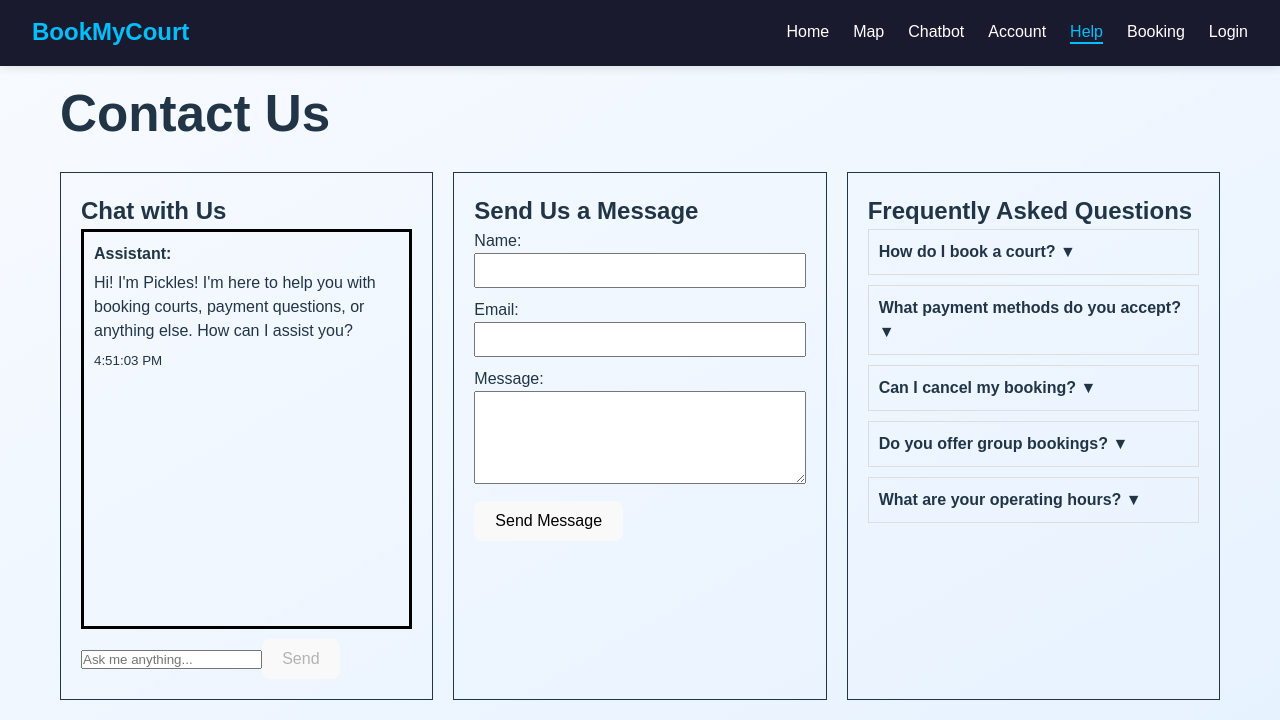
Repository: beyondparthiv/webdev-finalproject-bookmycourt
Page: /help (app in client/)
An editor plug-in stored every save of this project. The page is shown before and after the next save, followed by the edit.
The browser window is 1280 px wide. The pictures show the whole page.
The page's requests for data from a server got no answer. The project was rebuilt for these pictures with package versions that can differ from the ones it lists, and the page was loaded fresh each time. No one was signed in, and anything a server would have sent is missing. Also part of the build but not shown: client/vite.config.ts, client/src/pages/Home.tsx, client/src/pages/Booking.css, client/src/pages/Booking.tsx, client/src/pages/Account.tsx, client/src/pages/Login.tsx, client/src/pages/Map.tsx.

Above is the page before, as saved 2025-12-01 16:32:31.

After the next save:
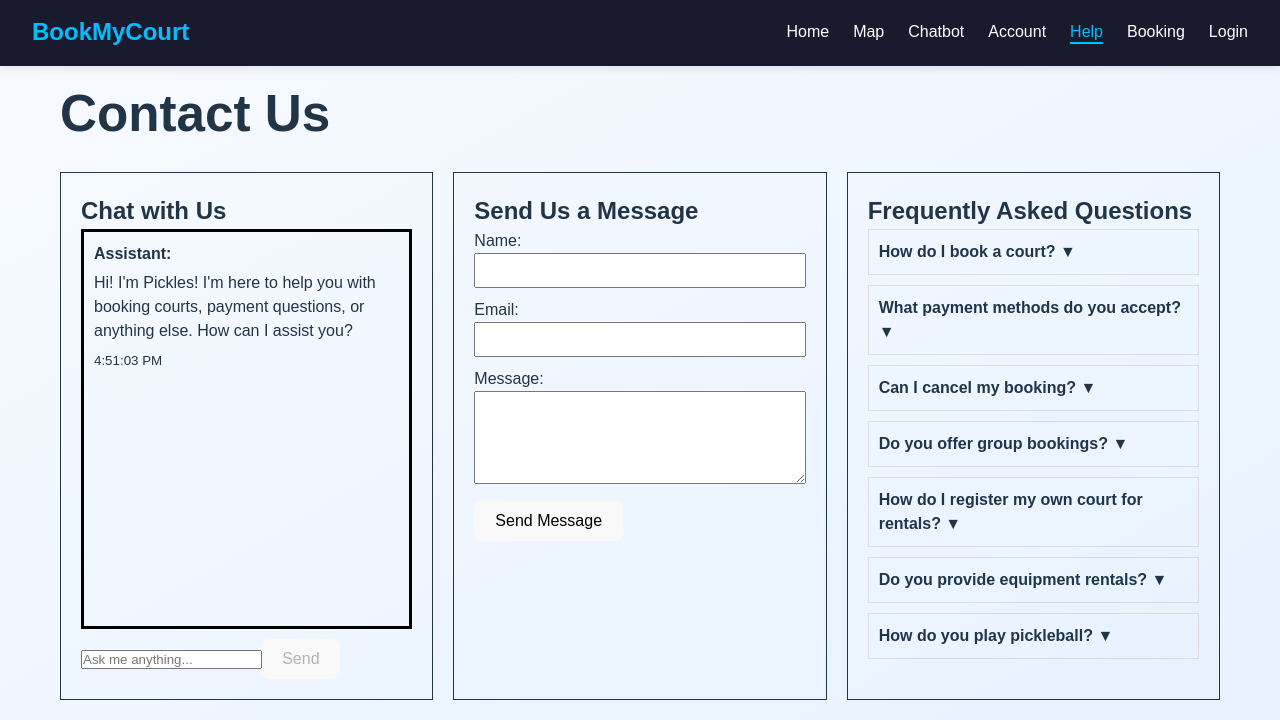
Saved 2 min 56 s later.
--- a/client/src/pages/Chatbot+Contact/FAQ.tsx
+++ b/client/src/pages/Chatbot+Contact/FAQ.tsx
@@ -15,7 +15,7 @@ export const FAQ: React.FC = () => {
     },
     {
       question: "What payment methods do you accept?",
-      answer: "We accept Visa, Mastercard, Apple Pay, and PayPal."
+      answer: "We accept Visa, Mastercard, Apple Pay, and PayPal. PLEASE NOTE: This is a demo site; no actual payments are processed."
     },
     {
       question: "Can I cancel my booking?",
@@ -23,11 +23,19 @@ export const FAQ: React.FC = () => {
     },
     {
       question: "Do you offer group bookings?",
-      answer: "Absolutely! Contact us for group rates and special event bookings."
+      answer: "Yes, please contact us for group rates and special event bookings."
     },
     {
-      question: "What are your operating hours?",
-      answer: "We're open 7 days a week from 6am to 10pm."
+      question: "How do I register my own court for rentals?",
+      answer: "We offer a service for court owners to list their courts. Please reach out to us via the contact form for more information."
+    },
+    {
+      question: "Do you provide equipment rentals?",
+      answer: "No, you are required to bring your own pickleball equipment."
+    },
+    {
+      question: "How do you play pickleball?",
+      answer: "Pickleball is played with a paddle and a plastic ball with holes. The game combines elements of tennis, badminton, and ping-pong. You can find detailed rules on our Rules page."
     }
   ];
 
